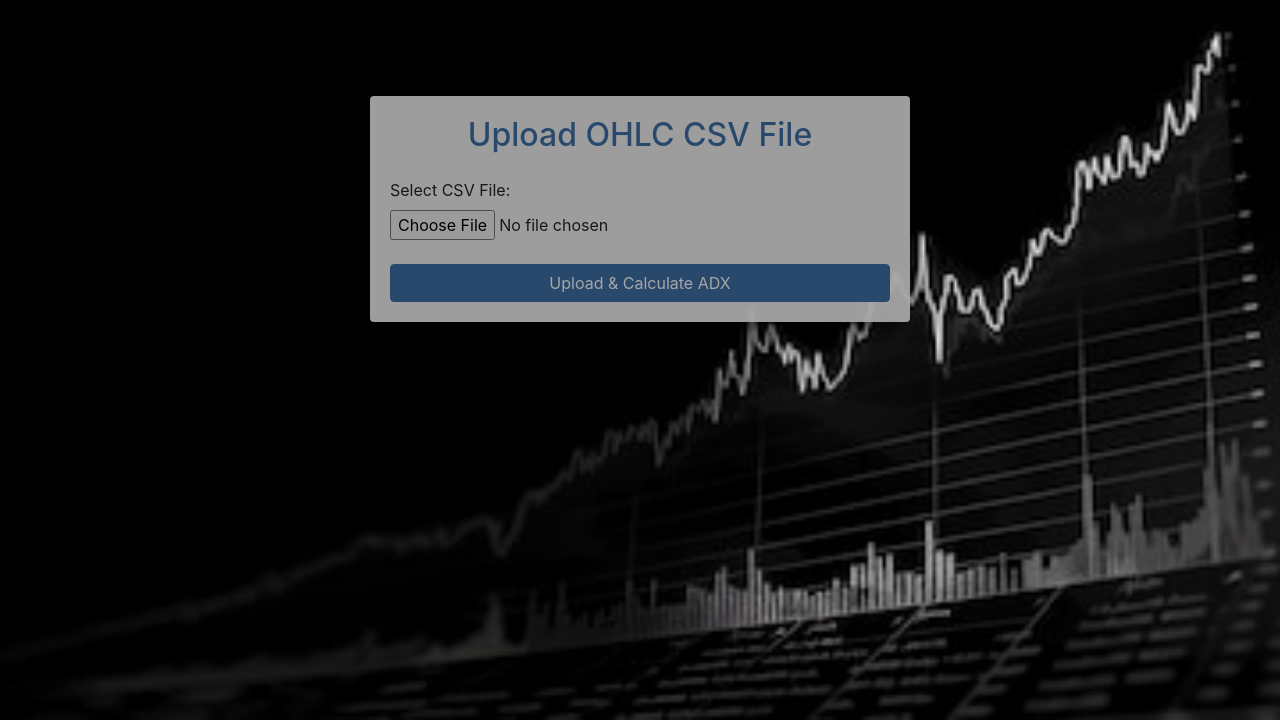
Repository: TEJAS-MI/Intelliqube-Assignment
Page: http://localhost/
These files come from the project's save history. The page is drawn as it stood at one moment and after the next save; the edit follows.
The browser window is 1280 px wide. The pictures show the whole page.
The page is served by the project's application, run on Django 2.2 (manage.py). Other server files are loaded and not shown.

Above is the page before, as saved 2025-12-03 20:23:26.

### adxapp/views.py
# adxapp/views.py

import pandas as pd
from django.shortcuts import render
from django.http import HttpResponse
from .utils import calculate_adx
import matplotlib
matplotlib.use('Agg')
from matplotlib import pyplot as plt
import io
import base64


def index(request):
    return render(request, 'adxapp/index.html')


def process_file(request):
    if request.method != 'POST':
        return render(request, 'adxapp/index.html')

    if 'csv_file' not in request.FILES:
        return render(request, 'adxapp/index.html', {'error': 'Please upload a CSV file.'})

    uploaded_file = request.FILES['csv_file']

    try:
        # Read the CSV exactly as-is (do not set index_col)
        df_in = pd.read_csv(uploaded_file)
        # Calculate ADX (utils will detect date and OHLC)
        result_df = calculate_adx(df_in)
    except Exception as e:
        # Catch and display calculation errors (like missing columns)
        return render(request, 'adxapp/index.html', {'error': f'Error processing file: {e}'})

    # Save result CSV in session for download
    csv_buffer = io.StringIO()
    # IMPORTANT: index=False to prevent the date/time column from being repeated as 'Unnamed: 0'
    result_df.to_csv(csv_buffer, index=False)
    request.session['csv_output'] = csv_buffer.getvalue()

    # Produce plot: plot numeric arrays (skip NaNs automatically)
    plt.figure(figsize=(10, 5))
    # plot by column values so x-axis is simple index
    plt.plot(result_df['ADX'].values, label='ADX')
    plt.plot(result_df['+DI14'].values, label='+DI14')
    plt.plot(result_df['-DI14'].values, label='-DI14')
    plt.title('ADX, +DI14, -DI14')
    plt.legend()
    plt.tight_layout()

    img_buffer = io.BytesIO()
    plt.savefig(img_buffer, format='png')
    plt.close()
    img_buffer.seek(0)
    plot_base64 = base64.b64encode(img_buffer.read()).decode('utf-8')

    # Prepare preview including date column if present
    preview_df = result_df.head(10)
    preview_columns = preview_df.columns.tolist()
    preview_data = preview_df.values.tolist()

    return render(request, 'adxapp/result.html', {
        'plot_base64': plot_base64,
        'preview_columns': preview_columns,
        'preview_data': preview_data
    })


def download_csv(request):
    csv_data = request.session.get('csv_output')
    if not csv_data:
        return HttpResponse("No output to download. Upload and process a file first.", status=400)
    response = HttpResponse(csv_data, content_type='text/csv')
    response['Content-Disposition'] = 'attachment; filename="adx_output.csv"'
    return response

### adxapp/templates/adxapp/index.html
{% load static %}
<!DOCTYPE html>
<html>

  <head>

    <meta charset="utf-8" />

    <title>ADX Calculator – Upload File</title>

    <link
      rel="stylesheet"
      href="https://cdn.jsdelivr.net/npm/bootstrap@4.1.3/dist/css/bootstrap.min.css"
      integrity="sha384-MCw98/SFnGE8fJT3GXwEOngsV7Zt27NXFoaoApmYm81iuXoPkFOJwJ8ERdknLPMO"
      crossorigin="anonymous"
    />

    <style>
      .form-card {
        /* Ensures the form is readable and stands out */
        background-color: rgba(255, 255, 255, 0.95);
        box-shadow: 0 10px 20px rgba(0, 0, 0, 0.6);
        border: none;
      }
    </style>

  </head>

  <body
    style="
      background-image: url('{% static 'img/trading_graph.jpeg' %}');
      background-size: cover;
      background-attachment: fixed;
      background-position: center center;
      filter: brightness(65%) grayscale(60%);
    "
  >

    <div class="container mt-4">
      <div class="row justify-content-center">
        <div class="col-md-6">
          <div class="card form-card mt-5">
            <div class="card-body">
              <h2 class="mb-4 text-center text-primary">
                Upload OHLC CSV File
              </h2>

              <form
                action="{% url 'process_file' %}"
                method="POST"
                enctype="multipart/form-data"
              >
                {% csrf_token %}

                <div class="form-group">
                  <label>Select CSV File:</label>
                  <input
                    type="file"
                    name="csv_file"
                    class="form-control-file"
                    required
                  />
                </div>

                <button type="submit" class="btn btn-primary btn-block mt-4">
                  Upload & Calculate ADX
                </button>
              </form>
            </div>
          </div>
        </div>
      </div>

    </div>

  </body>
</html>

### adxproject/urls.py
"""adxproject URL Configuration

The `urlpatterns` list routes URLs to views. For more information please see:
    https://docs.djangoproject.com/en/2.2/topics/http/urls/
Examples:
Function views
    1. Add an import:  from my_app import views
    2. Add a URL to urlpatterns:  path('', views.home, name='home')
Class-based views
    1. Add an import:  from other_app.views import Home
    2. Add a URL to urlpatterns:  path('', Home.as_view(), name='home')
Including another URLconf
    1. Import the include() function: from django.urls import include, path
    2. Add a URL to urlpatterns:  path('blog/', include('blog.urls'))
"""
from django.contrib import admin
from django.urls import path ,include

urlpatterns = [
    path('admin/', admin.site.urls),

    path('',include('adxapp.urls')),
]

### adxapp/urls.py
from django.urls import path
from . import views

urlpatterns = [
    path('', views.index, name='index'),
    path('process/', views.process_file, name='process_file'),
    path('download/', views.download_csv, name='download_csv'),
]

After the next save:
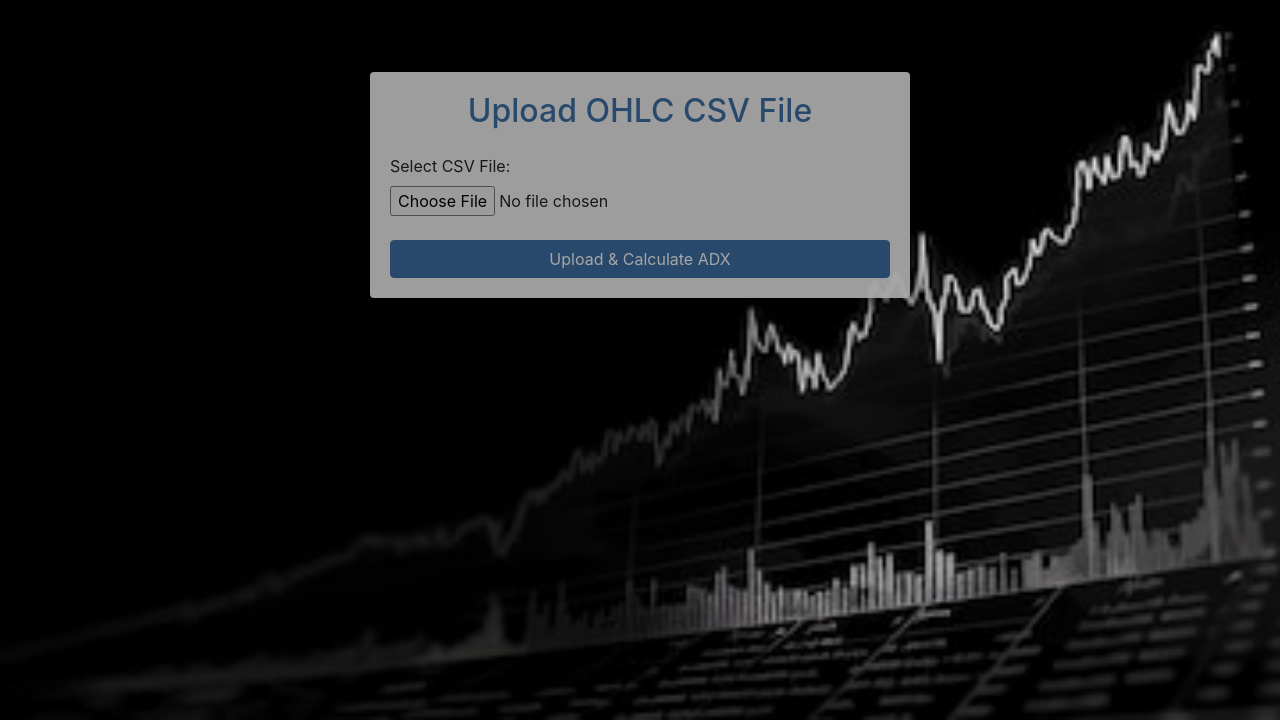
Saved 2 min 5 s later.
--- a/adxapp/templates/adxapp/index.html
+++ b/adxapp/templates/adxapp/index.html
@@ -1,11 +1,8 @@
 {% load static %}
 <!DOCTYPE html>
 <html>
-
-  <head>
-
+<head>
     <meta charset="utf-8" />
-
     <title>ADX Calculator – Upload File</title>
 
     <link
@@ -16,62 +13,55 @@
     />
 
     <style>
-      .form-card {
-        /* Ensures the form is readable and stands out */
-        background-color: rgba(255, 255, 255, 0.95);
-        box-shadow: 0 10px 20px rgba(0, 0, 0, 0.6);
-        border: none;
-      }
+        /* Background styling */
+        body {
+            background-image: url("{% static 'img/trading_graph.jpeg' %}");
+            background-size: cover;
+            background-attachment: fixed;
+            background-position: center center;
+            filter: brightness(65%) grayscale(60%);
+        }
+
+        /* Form Card Styling */
+        .form-card {
+            background-color: rgba(255, 255, 255, 0.95);
+            box-shadow: 0 10px 20px rgba(0, 0, 0, 0.6);
+            border: none;
+        }
     </style>
 
-  </head>
+</head>
 
-  <body
-    style="
-      background-image: url('{% static 'img/trading_graph.jpeg' %}');
-      background-size: cover;
-      background-attachment: fixed;
-      background-position: center center;
-      filter: brightness(65%) grayscale(60%);
-    "
-  >
+<body>
 
     <div class="container mt-4">
-      <div class="row justify-content-center">
-        <div class="col-md-6">
-          <div class="card form-card mt-5">
-            <div class="card-body">
-              <h2 class="mb-4 text-center text-primary">
-                Upload OHLC CSV File
-              </h2>
+        <div class="row justify-content-center">
+            <div class="col-md-6">
 
-              <form
-                action="{% url 'process_file' %}"
-                method="POST"
-                enctype="multipart/form-data"
-              >
-                {% csrf_token %}
+                <div class="card form-card mt-5">
+                    <div class="card-body">
 
-                <div class="form-group">
-                  <label>Select CSV File:</label>
-                  <input
-                    type="file"
-                    name="csv_file"
-                    class="form-control-file"
-                    required
-                  />
+                        <h2 class="mb-4 text-center text-primary">Upload OHLC CSV File</h2>
+
+                        <form action="{% url 'process_file' %}" method="POST" enctype="multipart/form-data">
+                            {% csrf_token %}
+
+                            <div class="form-group">
+                                <label>Select CSV File:</label>
+                                <input type="file" name="csv_file" class="form-control-file" required />
+                            </div>
+
+                            <button type="submit" class="btn btn-primary btn-block mt-4">
+                                Upload & Calculate ADX
+                            </button>
+                        </form>
+
+                    </div>
                 </div>
 
-                <button type="submit" class="btn btn-primary btn-block mt-4">
-                  Upload & Calculate ADX
-                </button>
-              </form>
             </div>
-          </div>
         </div>
-      </div>
-
     </div>
 
-  </body>
+</body>
 </html>
